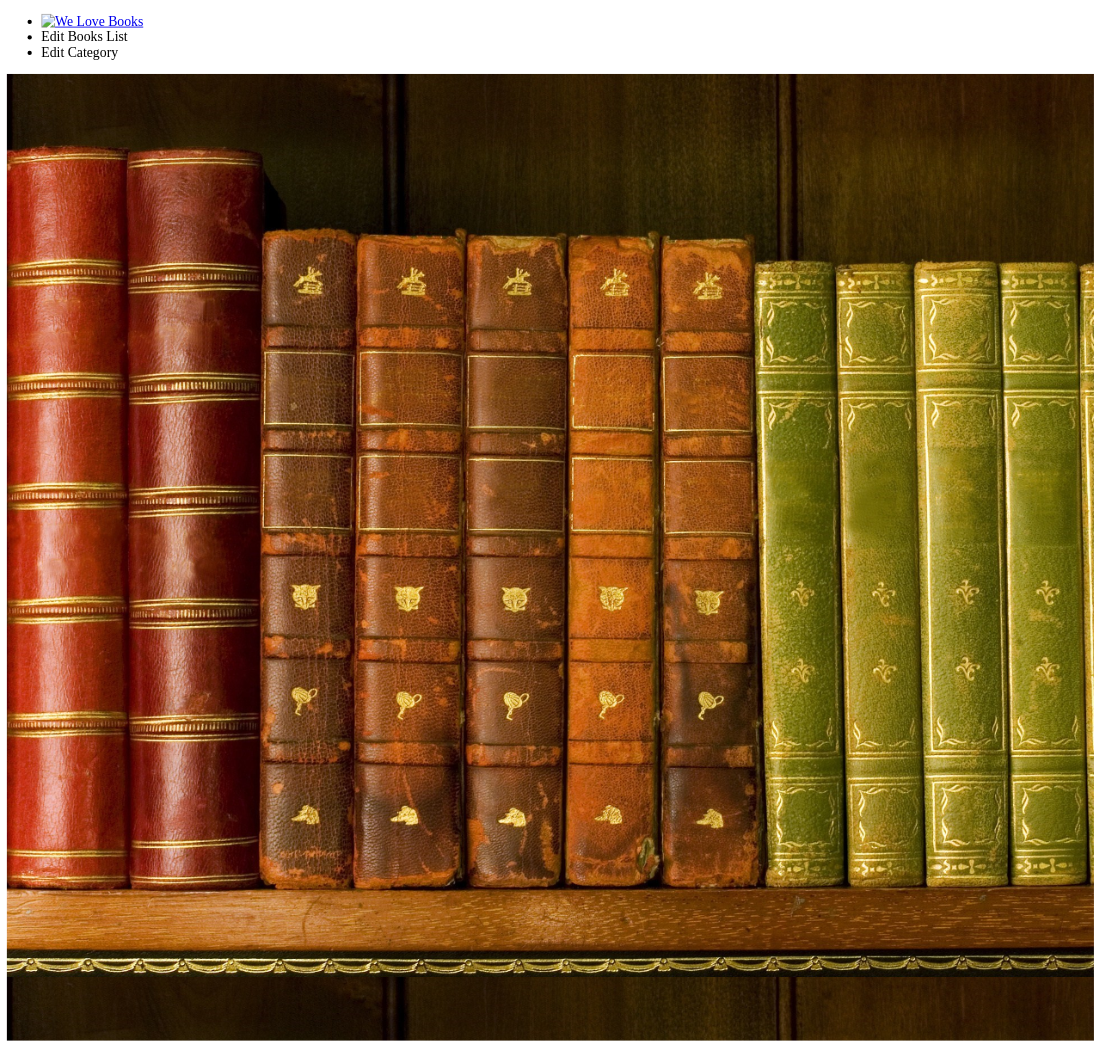
Repository: machanderson/BookLibrary
Page: index.html
The author's editor kept a record of every edit. The page is drawn from the files as they stood at one moment, then again after the next edit.
The browser window is 1280 px wide. The pictures show the whole page, at 86% of full size.

Above is the page before.

### index.html
<!DOCTYPE html>
<html>
<head>
    <title>Library</title>

    <link rel="stylesheet" href="css/library.css">
</head>
<body ng-app="library">

    <div id="main_container">
    <nav class="navbar navbar-default navbar-fixed-top">
      <div class="container">
          <ul class="nav navbar-nav navbar-left">
            <li><a class="navbar-brand" href="#">
                <img alt="We Love Books" src="">
                </a>
            </li>
            <li><a ui-sref="books">Edit Books List</a></li>
            <li><a ui-sref="category">Edit Category </a></li>
          </ul>
      </div>
    </nav>
        <div id="center_panel" style="padding-top: 100px;">
            <div ui-view></div>
        </div>

    </div>

</body>
</html>

### css/library.css
#main_container {
	min-height: 1024px;
	width:100%;
}

#center_panel {
	min-height: 1024px;
	width: 100%;
	background-image: url("../img/body.png");
}

After the next edit:
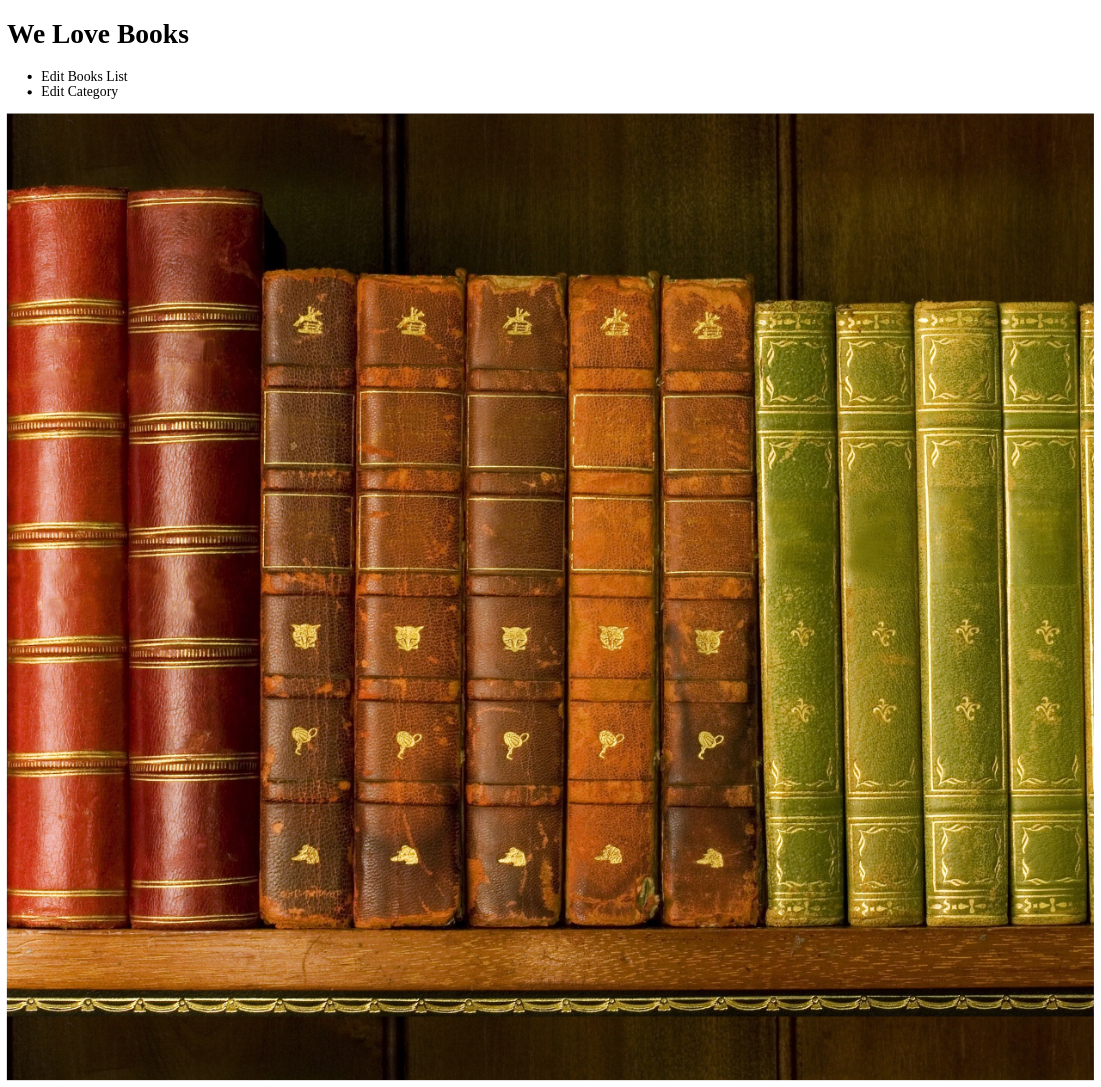
The edit:
--- a/index.html
+++ b/index.html
@@ -5,16 +5,10 @@
 
     <link rel="stylesheet" href="css/library.css">
 </head>
-<body ng-app="library">
+<body >
+    <h1>We Love Books</h1>
 
-    <div id="main_container">
-    <nav class="navbar navbar-default navbar-fixed-top">
-      <div class="container">
-          <ul class="nav navbar-nav navbar-left">
-            <li><a class="navbar-brand" href="#">
-                <img alt="We Love Books" src="">
-                </a>
-            </li>
+        <ul>
             <li><a ui-sref="books">Edit Books List</a></li>
             <li><a ui-sref="category">Edit Category </a></li>
           </ul>
